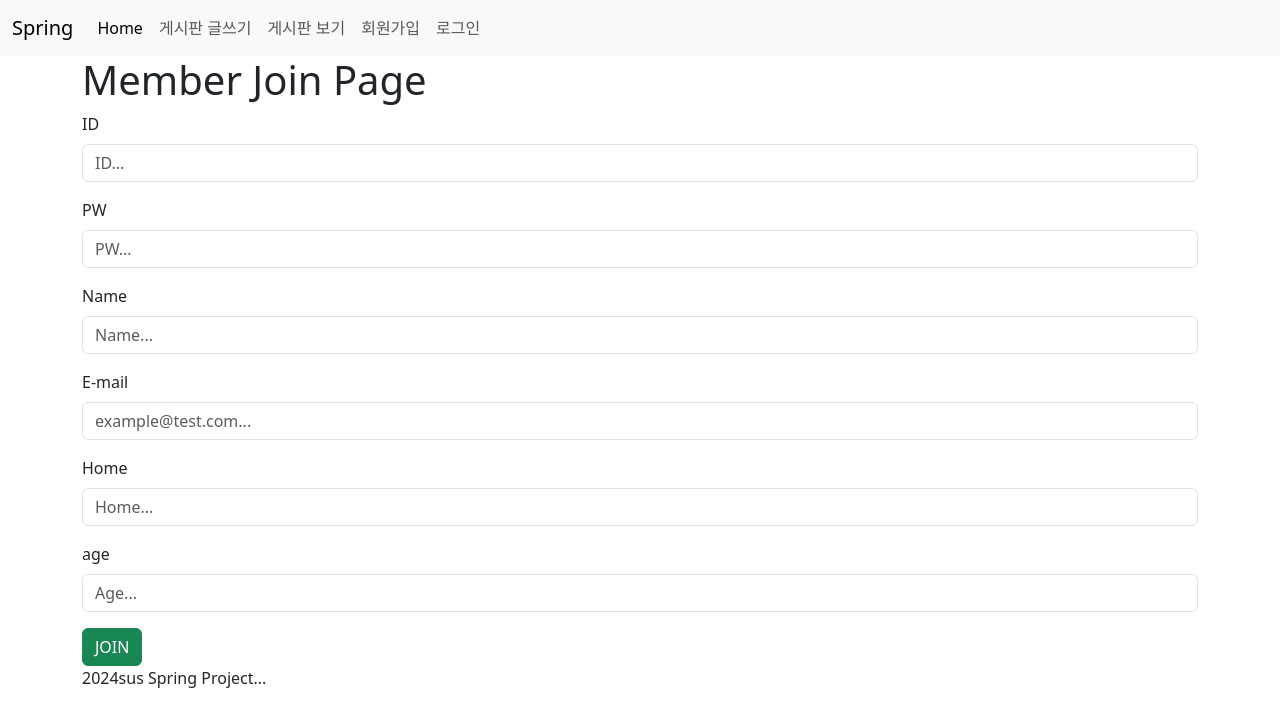
Repository: Ceciliaseon/springTest20240430
Page: http://localhost/spring_study/WEB-INF/views/member/modify.jsp
An editor plug-in stored every save of this project. The page is shown before and after the next save, followed by the edit.
The browser window is 1280 px wide. The pictures show the whole page.
The page is served by Tomcat 9. Nobody is signed in. The template is opened directly, without the code that normally fills it, so the values that code supplies are empty.

Above is the page before, as saved 2024-04-25 09:04:14.

### spring_study/src/main/webapp/WEB-INF/views/member/modify.jsp
<%@ page language="java" contentType="text/html; charset=UTF-8"
    pageEncoding="UTF-8"%>
<jsp:include page="../layout/header.jsp" />

<div class="container-md">
	<h1>Member Join Page</h1>
	<form action="/member/register" method="post">
		<div class="mb-3">
		  <label for="i" class="form-label">ID</label>
		  <input type="text" class="form-control" name="id" id="i" placeholder="ID...">
		</div>
		<div class="mb-3">
		  <label for="p" class="form-label">PW</label>
		  <input type="password" class="form-control" name="pw" id="p" placeholder="PW...">
		</div>
		<div class="mb-3">
		  <label for="n" class="form-label">Name</label>
		  <input type="text" class="form-control" name="name" id="n" placeholder="Name...">
		</div>
		<div class="mb-3">
		  <label for="e" class="form-label">E-mail</label>
		  <input type="email" class="form-control" name="email" id="e" placeholder="example@test.com...">
		</div>
		<div class="mb-3">
		  <label for="h" class="form-label">Home</label>
		  <input type="text" class="form-control" name="home" id="h" placeholder="Home...">
		</div>
		<div class="mb-3">
		  <label for="a" class="form-label">age</label>
		  <input type="text" class="form-control" name="age" id="a" placeholder="Age...">
		</div>
		<button type="submit" class="btn btn-success">JOIN</button>
	</form>
</div>

<jsp:include page="../layout/footer.jsp" />

### spring_study/src/main/webapp/WEB-INF/views/layout/header.jsp
<%@ page language="java" contentType="text/html; charset=UTF-8"
    pageEncoding="UTF-8"%>
    <%@ taglib uri="http://java.sun.com/jsp/jstl/core" prefix="c"%>
<!DOCTYPE html>
<html>
<head>
<meta charset="UTF-8">
<title>header.jsp</title>
<link href="https://cdn.jsdelivr.net/npm/bootstrap@5.3.3/dist/css/bootstrap.min.css" rel="stylesheet" integrity="sha384-QWTKZyjpPEjISv5WaRU9OFeRpok6YctnYmDr5pNlyT2bRjXh0JMhjY6hW+ALEwIH" crossorigin="anonymous">
<script src="https://cdn.jsdelivr.net/npm/bootstrap@5.3.3/dist/js/bootstrap.bundle.min.js" integrity="sha384-YvpcrYf0tY3lHB60NNkmXc5s9fDVZLESaAA55NDzOxhy9GkcIdslK1eN7N6jIeHz" crossorigin="anonymous"></script>
</head>
<body>

<nav class="navbar navbar-expand-lg bg-body-tertiary">
  <div class="container-fluid">
    <a class="navbar-brand" href="#">Spring</a>
    <button class="navbar-toggler" type="button" data-bs-toggle="collapse" data-bs-target="#navbarSupportedContent" aria-controls="navbarSupportedContent" aria-expanded="false" aria-label="Toggle navigation">
      <span class="navbar-toggler-icon"></span>
    </button>
    <div class="collapse navbar-collapse" id="navbarSupportedContent">
      <ul class="navbar-nav me-auto mb-2 mb-lg-0">
        <li class="nav-item">
          <a class="nav-link active" aria-current="page" href="#">Home</a>
        </li>
        <li class="nav-item">
          <a class="nav-link" href="/board/register">게시판 글쓰기</a>
        </li>
        <li class="nav-item">
          <a class="nav-link" href="/board/list">게시판 보기</a>
        </li>
        <li class="nav-item">
          <a class="nav-link" href="/member/register">회원가입</a>
        </li>
        <c:if test="${ses.id eq null }">
	        <li class="nav-item">
	          <a class="nav-link" href="/member/login">로그인</a>
	        </li>
        </c:if>
        <c:if test="${ses.id ne null }">
	        <li class="nav-item">
	          <a class="nav-link" href="/member/logout">로그아웃</a>
	        </li>
	        <li class="nav-item">
	          <a class="nav-link" href="/member/modify">${ses.id } (${ses.email }) welcome!</a>
	        </li>
        </c:if>
      </ul>
    </div>
  </div>
</nav>

### spring_study/src/main/webapp/WEB-INF/views/layout/footer.jsp
<%@ page language="java" contentType="text/html; charset=UTF-8"
    pageEncoding="UTF-8"%>

<div class="container-md">
	2024sus Spring Project...
</div>

</body>
</html>

After the next save:
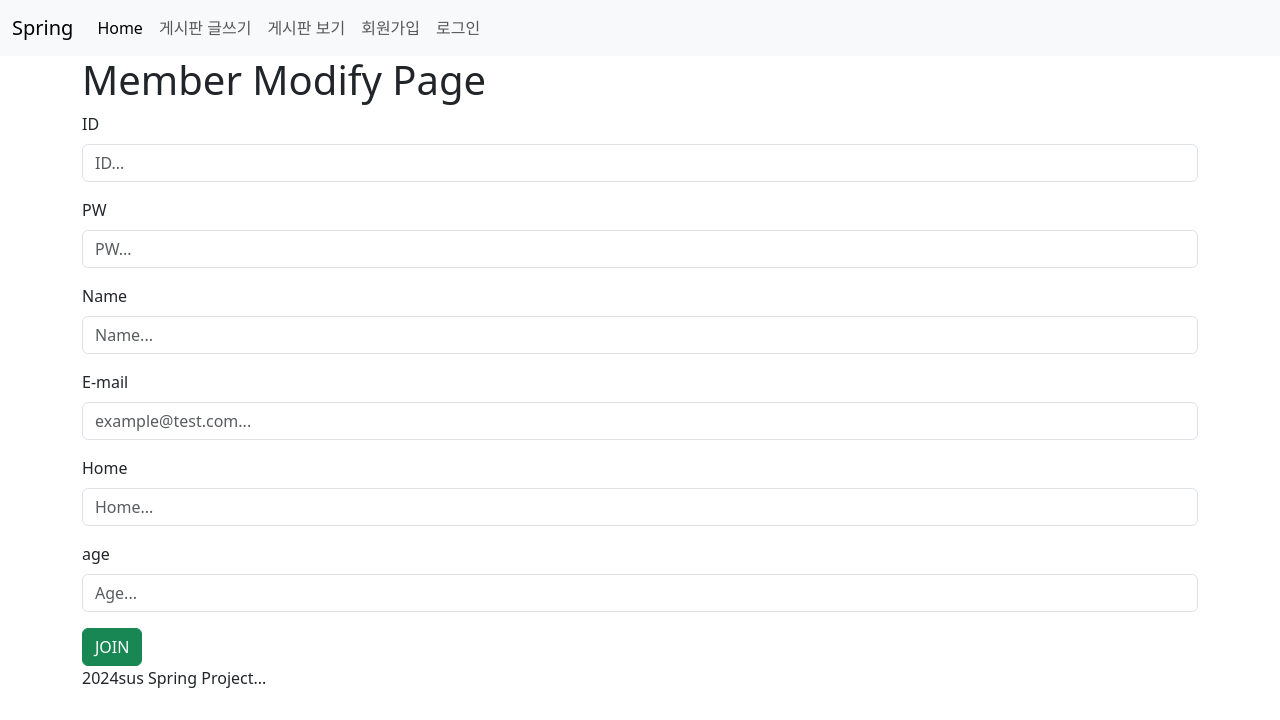
Saved 21 s later.
--- a/spring_study/src/main/webapp/WEB-INF/views/member/modify.jsp
+++ b/spring_study/src/main/webapp/WEB-INF/views/member/modify.jsp
@@ -3,11 +3,11 @@
 <jsp:include page="../layout/header.jsp" />
 
 <div class="container-md">
-	<h1>Member Join Page</h1>
+	<h1>Member Modify Page</h1>
 	<form action="/member/register" method="post">
 		<div class="mb-3">
 		  <label for="i" class="form-label">ID</label>
-		  <input type="text" class="form-control" name="id" id="i" placeholder="ID...">
+		  <input type="text" class="form-control" name="id" readonly="readonly" id="i" placeholder="ID...">
 		</div>
 		<div class="mb-3">
 		  <label for="p" class="form-label">PW</label>
